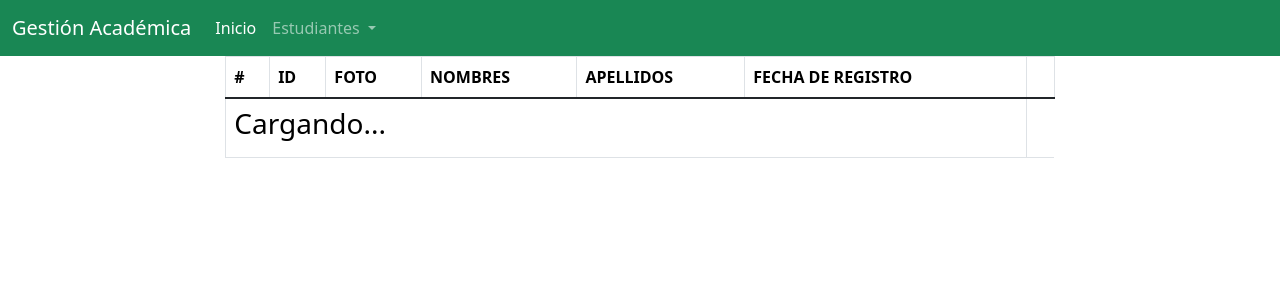
Repository: cesartomedes/frontacademico
Page: /
An editor plug-in stored every save of this project. The page is shown before and after the next save, followed by the edit.
The browser window is 1280 px wide. The pictures show the whole page.
The project was rebuilt for these pictures with package versions that can differ from the ones it lists, and the page was loaded fresh each time. Also part of the build but not shown: vue.config.js, src/views/EstudianteNew.vue, src/views/EstudianteEdit.vue, src/views/EstudianteView.vue.

Above is the page before, as saved 2023-10-24 15:50:34.

After the next save:
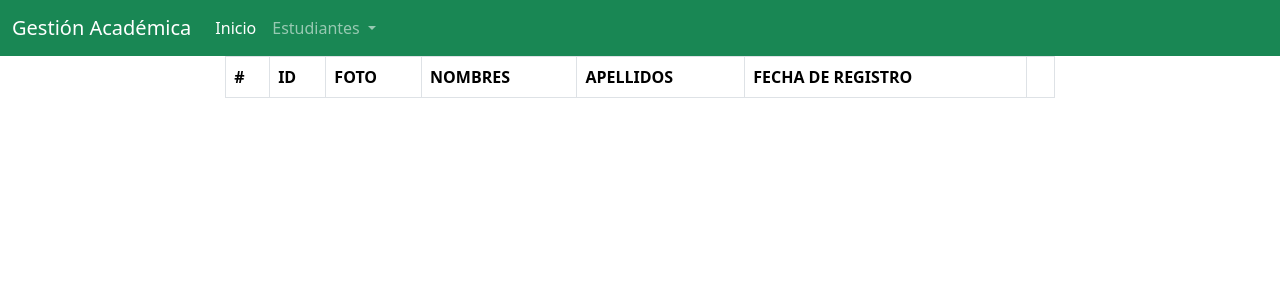
Saved 20 s later.
--- a/src/views/HomeView.vue
+++ b/src/views/HomeView.vue
@@ -35,7 +35,7 @@
       data(){
         return{
           estudiantes:null,
-          cargando:true
+          cargando:false
         }
       }
   }
